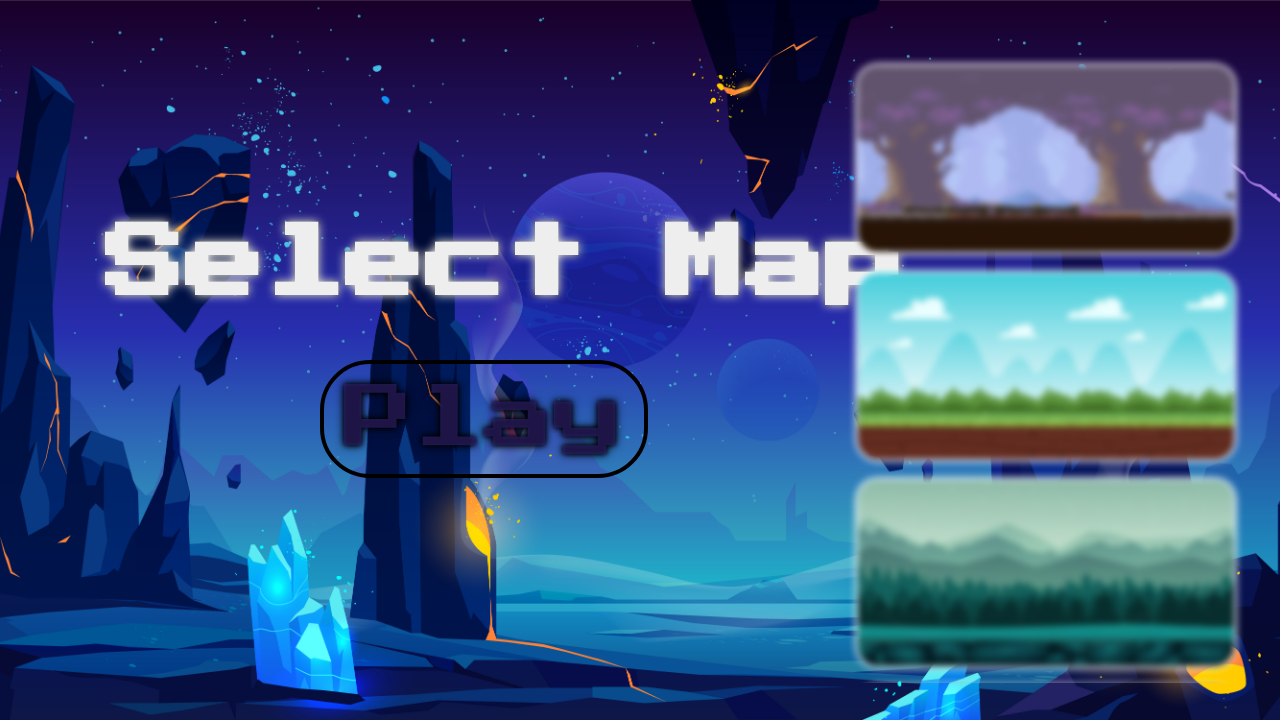
Repository: Gaurav31052/Fighting-game
Page: home.html
The author's editor kept a copy of each file at every save. The page is drawn from the files as they stood at one save, then again after the next save.
The browser window is 1280 px wide. The pictures show the whole page.
An inner scrolling area shows only its first screen.

Above is the page before, as saved 2024-06-06 23:43:34.

After the next save:
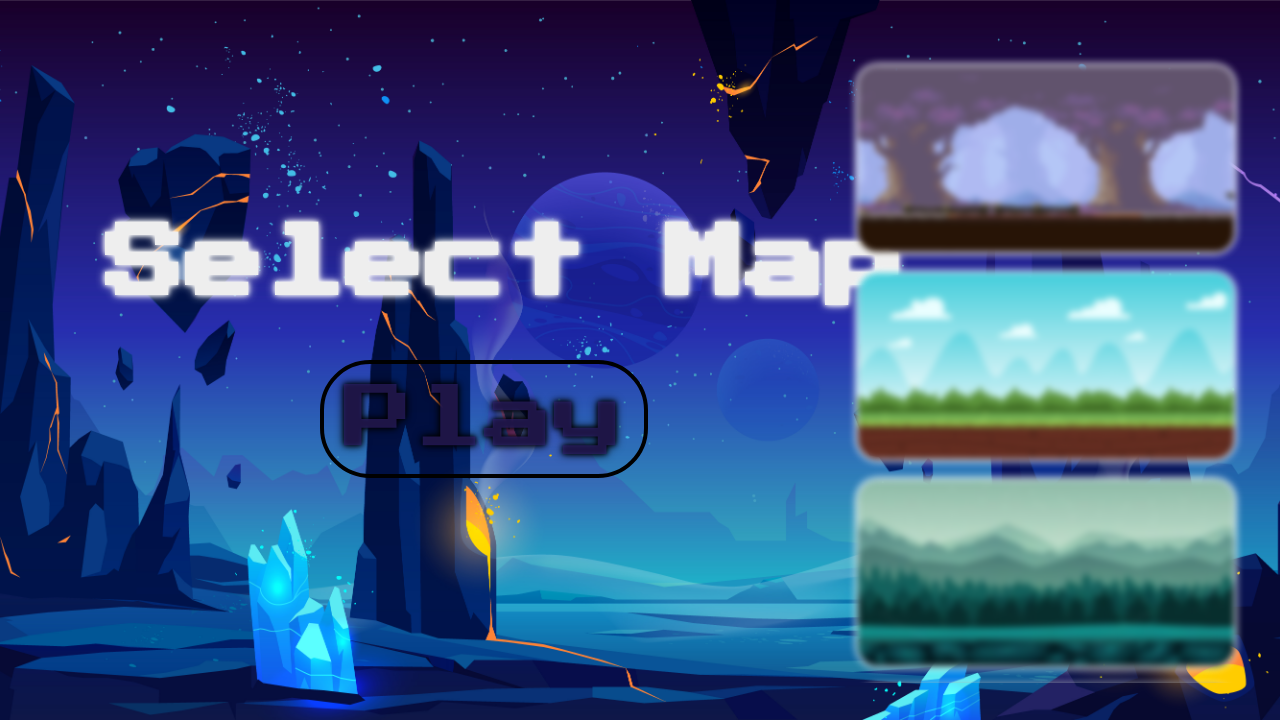
Saved 4 s later.
--- a/style.css
+++ b/style.css
@@ -71,7 +71,7 @@ a {
     justify-content: space-around;
     align-items: center;
     font-family: "Press Start 2P", system-ui;
-    text-shadow: 0 0 10px #ffffff, 0 0 5px #000000;
+    text-shadow: 0 0 10px #ffffff, 0 0 5px #ffffff;
 }
 .MapName>h1{
     font-size: 80px;
